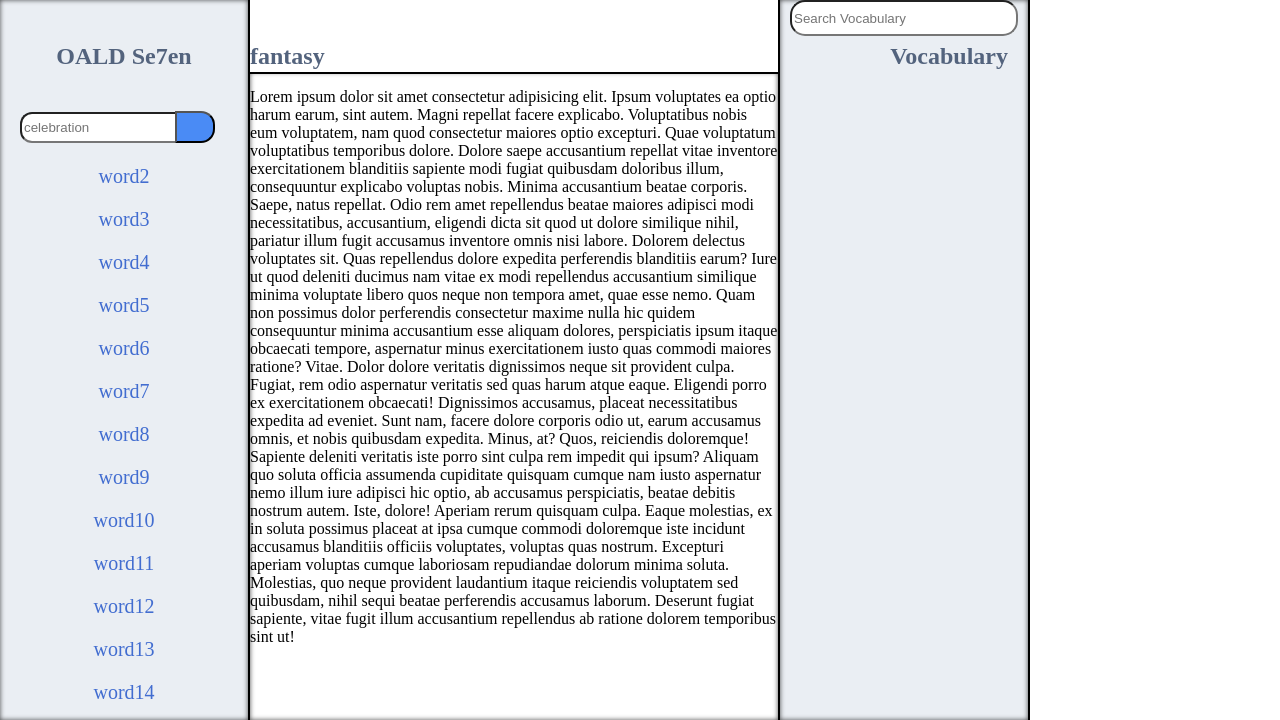
Repository: JJianZ/miao
Page: a.html
These files come from the project's save history. The page is drawn as it stood at one moment and after the next save; the edit follows.
The browser window is 1280 px wide. The pictures show the whole page.

Above is the page before, as saved 2021-11-23 10:50:26.

After the next save:
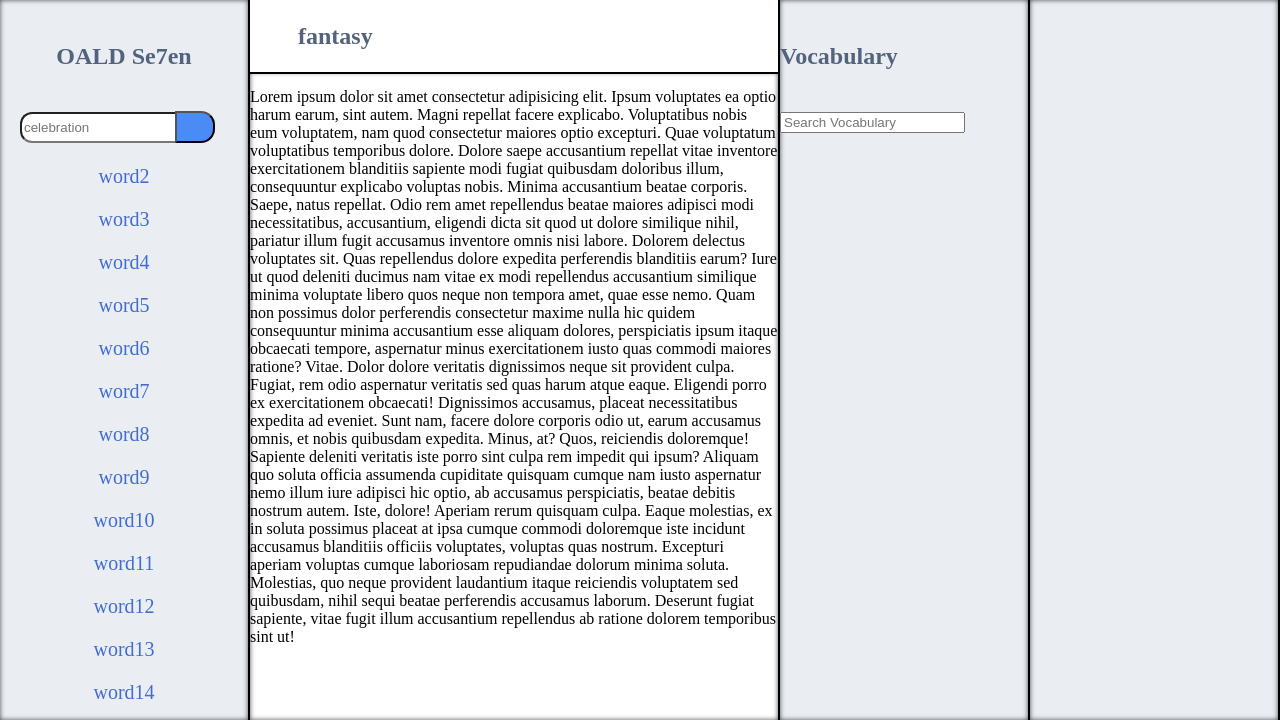
Saved 19 s later.
--- a/a.html
+++ b/a.html
@@ -83,10 +83,10 @@
       border-right: black 2px solid;
       box-shadow: none;
     }
-    /* header h2 {
+    header h2 {
       left: 2em;
       top: -20px;
-    } */
+    }
     main {
       position: absolute;
       top: 72px;
@@ -101,35 +101,6 @@
     }
     .third {
       right: 0px;
-    }
-    .second h2 {
-      position: absolute;
-      text-align: right;
-      right: 20px;
-    }
-    .second input {
-      position: absolute;
-      left:  10px;
-      width: 220px;
-      height: 30px;
-      border-radius: 15px;
-    }
-
-    .third {
-      left: calc(100% - 250px);
-      top: -300%;
-    }
-    .third h2 {
-      position: absolute;
-      text-align: right;
-      right: 20px;
-    }
-    .third input {
-      position: absolute;
-      left:  10px;
-      width: 220px;
-      height: 30px;
-      border-radius: 15px;
     }
   </style>
 </head>
@@ -194,8 +165,7 @@
       <input type="text" placeholder="Search Vocabulary">
     </aside>
     <aside class="third">
-      <h2>History</h2>
-      <input type="text" placeholder="Search History">
+
     </aside>
   </div>
 </body>
